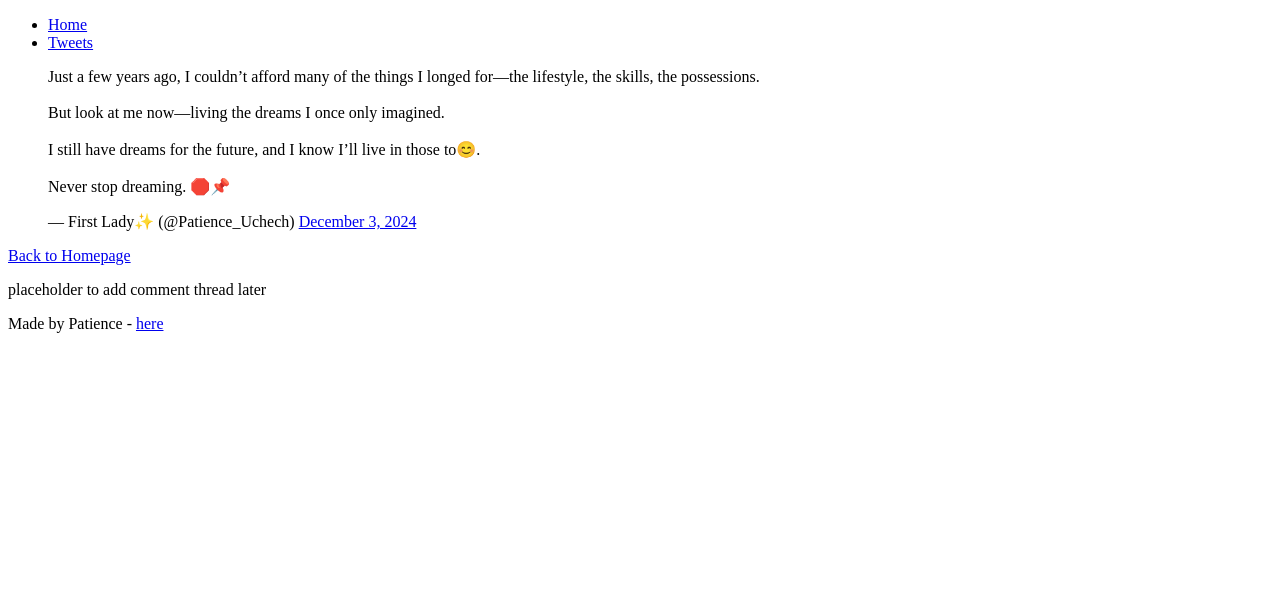
Repository: Patience225/My_First_Portfolio
Page: html_basic/tweets.html
These files come from the project's save history. The page is drawn as it stood at one moment and after a run of saves; the edit follows.
The browser window is 1280 px wide. The pictures show the whole page.

Above is the page before, as saved 2024-12-21 06:51:50.

### html_basic/tweets.html
<!DOCTYPE html>
<html lang="en">
<head>
  <meta charset="UTF-8">
  <meta name="viewport" content="width=device-width, initial-scale=1.0">
  <title>My Tweets</title>
</head>
<body>
  <header>
    <ul>
      <li><a href="index.html">Home</a></li>
      <li><a href="tweets.html">Tweets</a></li>
    </ul>
  </header>
  <main>
    <article>
      <blockquote class="twitter-tweet"><p lang="en" dir="ltr">Just a few years ago, I couldn’t afford many of the things I longed for—the lifestyle, the skills, the possessions.<br><br>But look at me now—living the dreams I once only imagined.<br><br>I still have dreams for the future, and I know I’ll live in those to😊.<br><br>Never stop dreaming. 🛑📌</p>&mdash; First Lady✨ (@Patience_Uchech) <a href="https://twitter.com/Patience_Uchech/status/1863800680617541974?ref_src=twsrc%5Etfw">December 3, 2024</a></blockquote> <script async src="https://platform.twitter.com/widgets.js" charset="utf-8"></script>
      <a href="index.html">Back to Homepage</a>
    </article>
    <aside>
      <p>placeholder to add comment thread later</p>
    </aside>
  </main>
  <footer>
    <p>Made by Patience - <a href="https://github.com/Patience225" target="_blank">here</a></p>
  </footer>
</body>
</html>

### css_basic/base.css
/* CSS reset rules */

html, body {
  height: 100%;
  min-height: 100%;
  margin: 0;
  padding: 0;
  border: 0;
  font-size: 100%;
  font-style: inherit;
  vertical-align: baseline;
}

html, body, div, span, applet, object, iframe,
h1, h2, h3, h4, h5, h6, p, blockquote, pre,
a, abbr, acronym, address, big, cite, code,
del, dfn, img, ins, kbd, q, s, samp,
small, strike, sub, sup, tt, var,
b, u, i, center,
dl, dt, dd,
fieldset, form, label, legend,
table, caption, tbody, tfoot, thead, tr, th, td,
article, aside, canvas, details, embed,
figure, figcaption, footer, header, hgroup,
menu, nav, output, ruby, section, summary,
time, mark, audio, video {
  margin: 0;
  padding: 0;
  border: 0;
  font-size: 100%;
  font-style: inherit;
  vertical-align: baseline;
}

/* HTML5 display-role reset for older browsers */
article, aside, details, figcaption, figure,
footer, header, hgroup, menu, nav, section {
  display: block;
}

body {
  line-height: 1;
  font-family: 'Josefin Sans', serif;
  color: rgba(0, 0, 0, 0.8);
}

blockquote, q {
  quotes: none;
}
blockquote:before, blockquote:after,
q:before, q:after {
  content: '';
  content: none;
}

table {
  border-collapse: collapse;
  border-spacing: 0;
}

/* Fonts and colors */
h1, h2, h3, h4, h5, h6, header {
  font-family: 'Yeseva One', sans-serif;
}

aside {
  background: #FAFAFA;
  padding: 50px 15px;
}

aside p {
  border: 1px solid #bbb;
  background: #ddd;
  color: black;
  border-radius: 10px;
  padding: 20px 20px;
}

footer a {
  color: rgba(0, 0, 0, 0.8);
}

a {
  color: #F80002;
}

/* Positioning and margins */
@media (min-width: 1100px) {
  body {
    width: 1100px;
    margin: 0 auto;
  }
}

article {
  padding: 50px 15px;
}

article > *:first-child {
  margin-top: 0;
}

header .right {
  float: right;
  margin: 0 10px 15px;
}

/* Merged header block */
header {
  padding: 20px 0;
  height: 80px;
  border-bottom: 1px solid rgb(221,221,221);
  transition: border-bottom-color 1s ease;
}

header ul {
  list-style: none;
  margin: 0;
  padding: 0;
}

header li {
  display: inline;
  vertical-align: middle;
}

header li:first-child {
  margin: 0;
}

header li a {
  margin: 0 10px;
}

header li.logo {
  font-size: 36px;
}

header a {
  color: rgba(0, 0, 0, 0.8);
  text-decoration: none;
}

/* Footer */
footer {
  padding: 5px 15px;
  height: 80px;
}

/* Text styles and margins */

p {
  margin-bottom: 15px;
}

h1 {
  font-size: 36px;
  margin: 40px 0 20px;
}

h2 {
  font-size: 32px;
  margin: 30px 0 15px;
}

h3 {
  font-size: 28px;
  margin: 25px 0 10px;
}

h4 {
  font-size: 20px;
  font-weight: bold;
  margin: 20px 0 10px;
}

h5 {
  font-size: 18px;
  font-weight: bold;
  margin: 15px 0 10px;
}

h6 {
  font-weight: bold;
  margin: 5px 0;
}

@media (max-width: 800px) {
  body.works_on_smartphone {
    display: block;
  }

  body.works_on_smartphone main {
    display: block;
  }

  header .right {
    float: none;
  }
}

Loaded but not shown: css_basic/styles.css (common file)

After the next 2 saves:
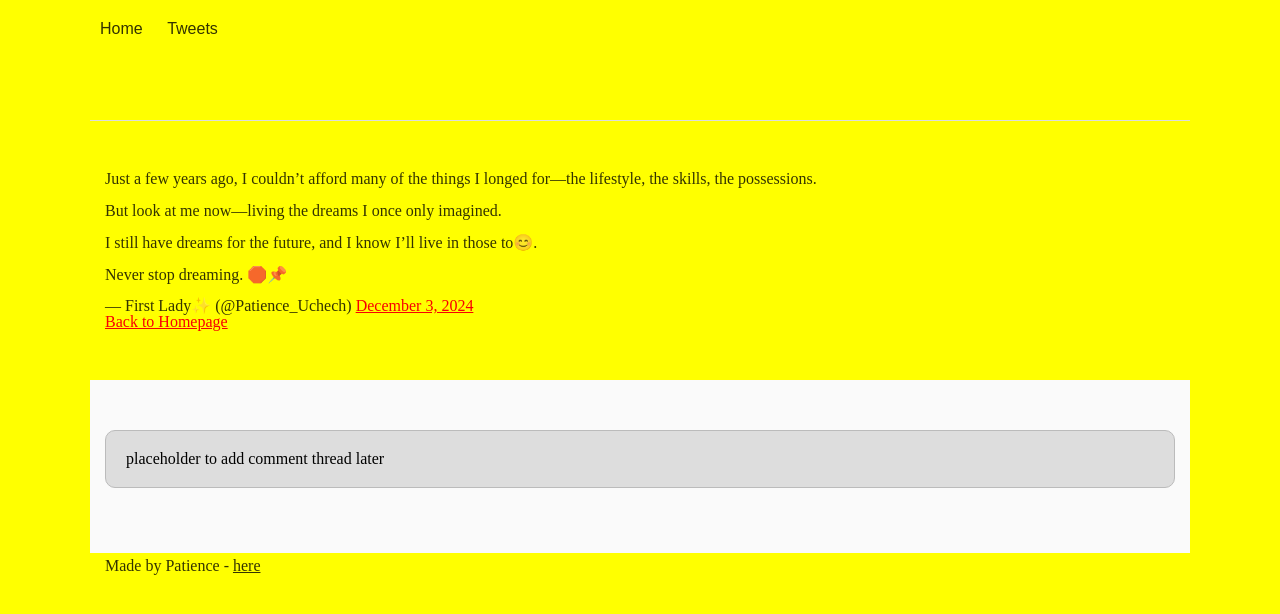
The 2 saves are shown as one change because they came seconds apart.
The last was saved 12 s later.
--- a/html_basic/tweets.html
+++ b/html_basic/tweets.html
@@ -4,6 +4,8 @@
   <meta charset="UTF-8">
   <meta name="viewport" content="width=device-width, initial-scale=1.0">
   <title>My Tweets</title>
+  <link href="base.css" rel="stylesheet">
+  <link href="styles.css" rel="stylesheet">
 </head>
 <body>
   <header>
